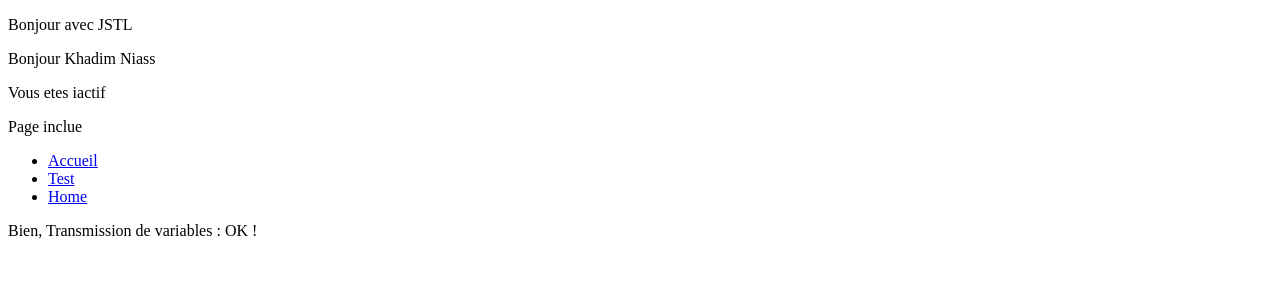
Repository: khadimniass/AppliTestJEE
Page: http://localhost/test/Test
An editor plug-in stored every save of this project. The page is shown before and after the next save, followed by the edit.
The browser window is 1280 px wide. The pictures show the whole page.
The page is served by Tomcat 9. Other server files are loaded and not shown.

Above is the page before, as saved 2020-07-05 12:13:57.

### test/WebContent/WEB-INF/bonjour.jsp
<%@ page language="java" contentType="text/html; charset=ISO-8859-1"
    pageEncoding="ISO-8859-1"%>
	<%@ taglib uri="http://java.sun.com/jsp/jstl/core" prefix="c" %>


<!DOCTYPE html>
<html>
	<head>
		<meta charset="ISO-8859-1">
		<title>Ma première page</title>
	</head>
   <body>
 	<p><c:out value="Bonjour avec JSTL"/></p>

		<p>
		Bonjour  ${auteur.prenom } ${auteur.nom }
		</p>
		<p>${auteur.actif ? 'Auteur Actif' : 'Vous etes iactif'}</p>



		<%@include file="menu.jsp" %>

		<p>
		    <%
            String attribut = (String) request.getAttribute("variable");
            out.println( attribut );
            %>
		</p>

   </body>
</html>

### test/WebContent/WEB-INF/menu.jsp
<p>Page inclue</p>
<ul>
	<li><a href="/test/Accueil">Accueil</a></li>
	<li><a href="/test/Test">Test</a></li>
	<li><a href="/test/">Home</a></li>
</ul>

### test/src/com/octest/servelets/Test.java
package com.octest.servelets;

import java.io.IOException;
import java.io.PrintWriter;

import javax.servlet.ServletException;
import javax.servlet.annotation.WebServlet;
import javax.servlet.http.HttpServlet;
import javax.servlet.http.HttpServletRequest;
import javax.servlet.http.HttpServletResponse;

import com.octest.beans.Auteur;


@WebServlet("/Test")
public class Test extends HttpServlet {
	private static final long serialVersionUID = 1L;

    public Test() {
        super();
        // TODO Auto-generated constructor stub
    }

	protected void doGet(HttpServletRequest request, HttpServletResponse response) throws ServletException, IOException {
		Auteur auteur = new Auteur();
		auteur.setNom("Niass");
		auteur.setPrenom("Khadim");
		auteur.setActif(false);

		request.setAttribute("auteur",auteur);

		String nameUser= request.getParameter("name");
		request.setAttribute("name", nameUser);

		String message = "Bien, Transmission de variables : OK !";
		request.setAttribute( "variable", message );

		this.getServletContext().getRequestDispatcher( "/WEB-INF/bonjour.jsp" ).forward( request, response );
	}

	protected void doPost(HttpServletRequest request, HttpServletResponse response) throws ServletException, IOException {
		// TODO Auto-generated method stub
	}

}

### test/src/com/octest/beans/Auteur.java
package com.octest.beans;

public class Auteur {
	private String nom;
	private String prenom;
	private boolean actif;
	public String getNom() {
		return nom;
	}
	public void setNom(String nom) {
		this.nom = nom;
	}
	public String getPrenom() {
		return prenom;
	}
	public void setPrenom(String prenom) {
		this.prenom = prenom;
	}
	public boolean isActif() {
		return actif;
	}
	public void setActif(boolean actif) {
		this.actif = actif;
	}


}

After the next save:
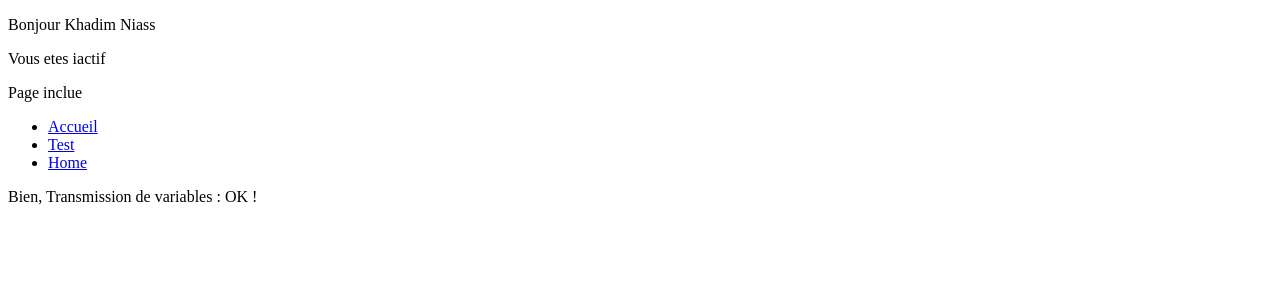
Saved 6 s later.
--- a/test/WebContent/WEB-INF/bonjour.jsp
+++ b/test/WebContent/WEB-INF/bonjour.jsp
@@ -1,8 +1,3 @@
-<%@ page language="java" contentType="text/html; charset=ISO-8859-1"
-    pageEncoding="ISO-8859-1"%>
-	<%@ taglib uri="http://java.sun.com/jsp/jstl/core" prefix="c" %>
-
-
 <!DOCTYPE html>
 <html>
 	<head>
